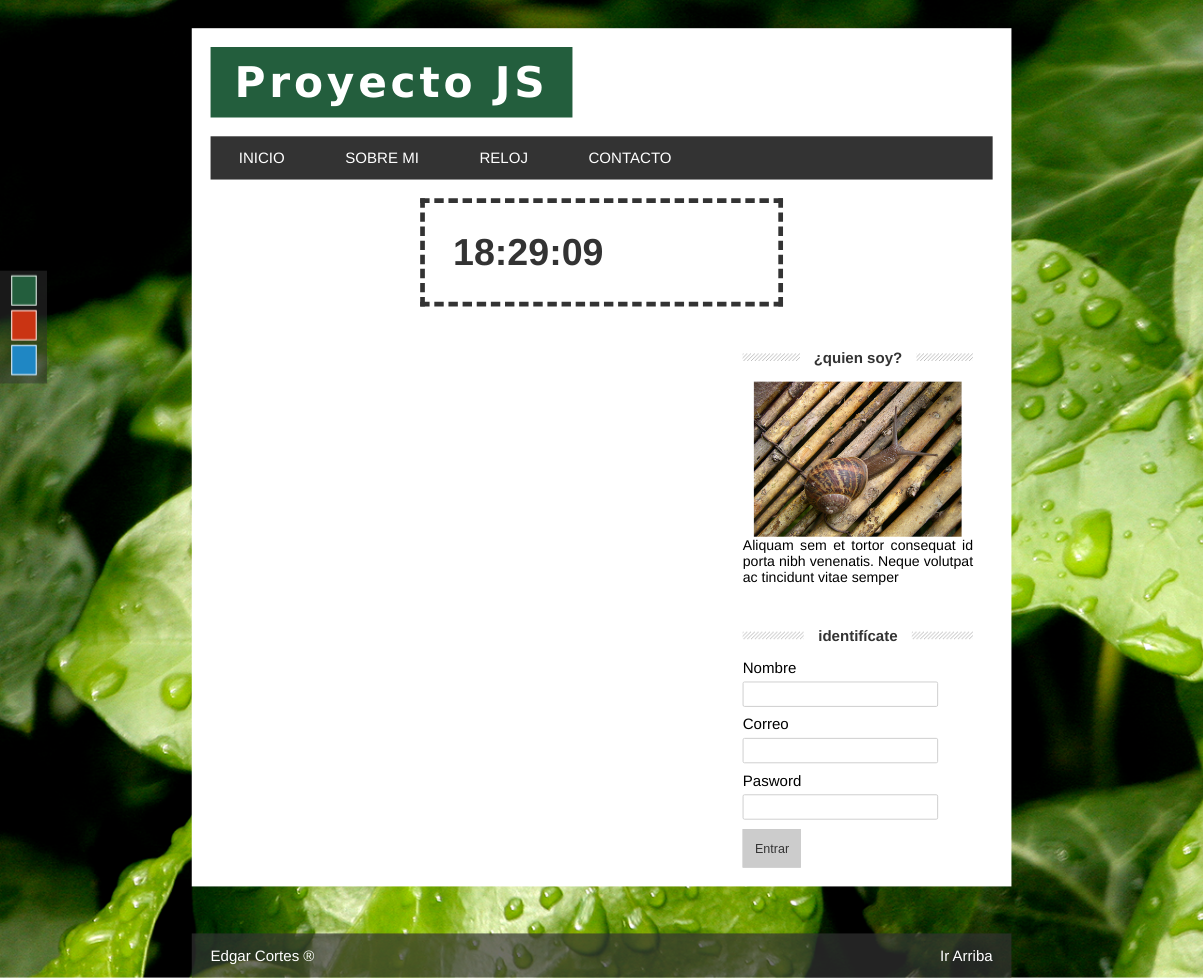
Repository: eucortes/demopage
Page: javascript/Proyecto/reloj.html
These files come from the project's save history. The page is drawn as it stood at one moment and after the next save; the edit follows.
The browser window is 1280 px wide. The pictures show the whole page, at 94% of full size.
Backgrounds fixed to the window are drawn as part of the page. Some web libraries are served in a nearby version.

Above is the page before, as saved 2019-09-25 18:57:08.

After the next save:
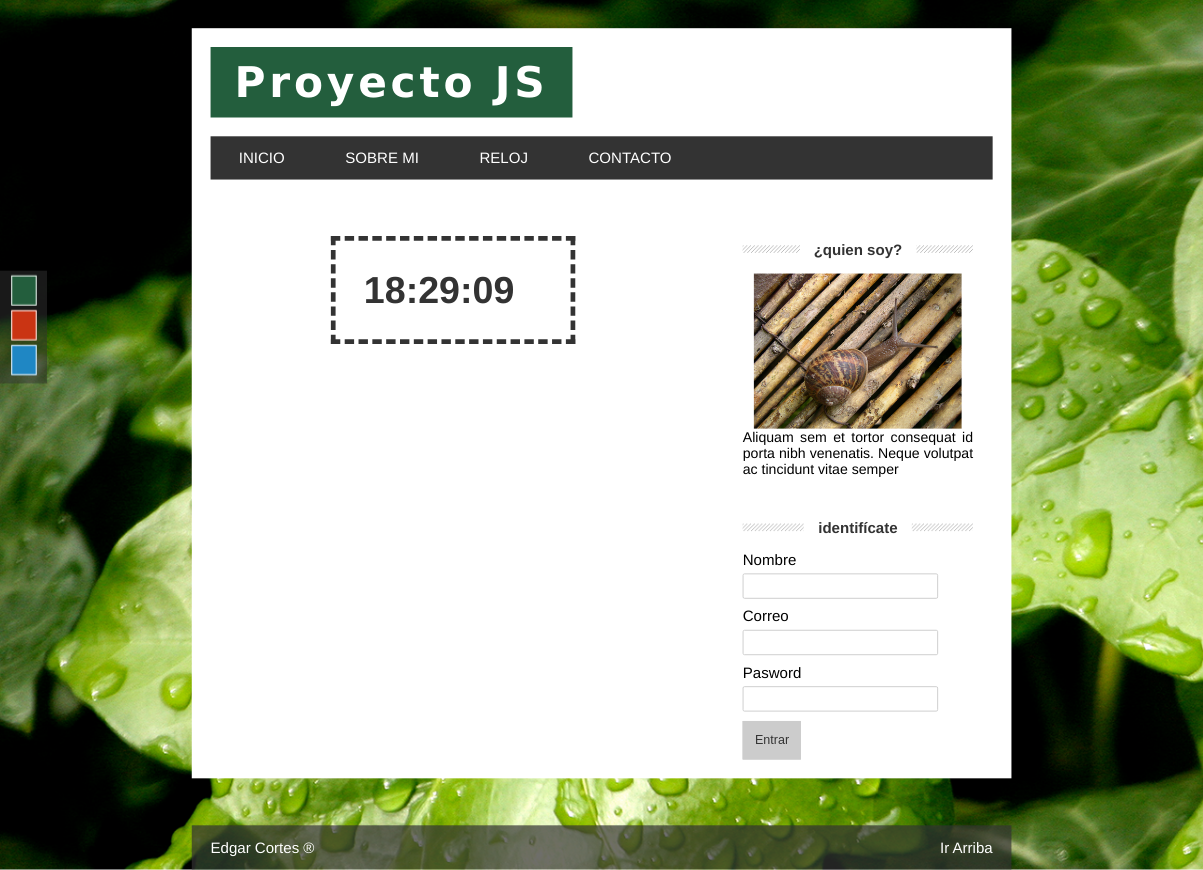
Saved 6 s later.
--- a/javascript/Proyecto/css/styles.css
+++ b/javascript/Proyecto/css/styles.css
@@ -221,3 +221,9 @@ footer{
     float: right;
 
 }
+
+#box{
+    width: 60%;
+    float: left;
+    margin-top: 40px;
+}
